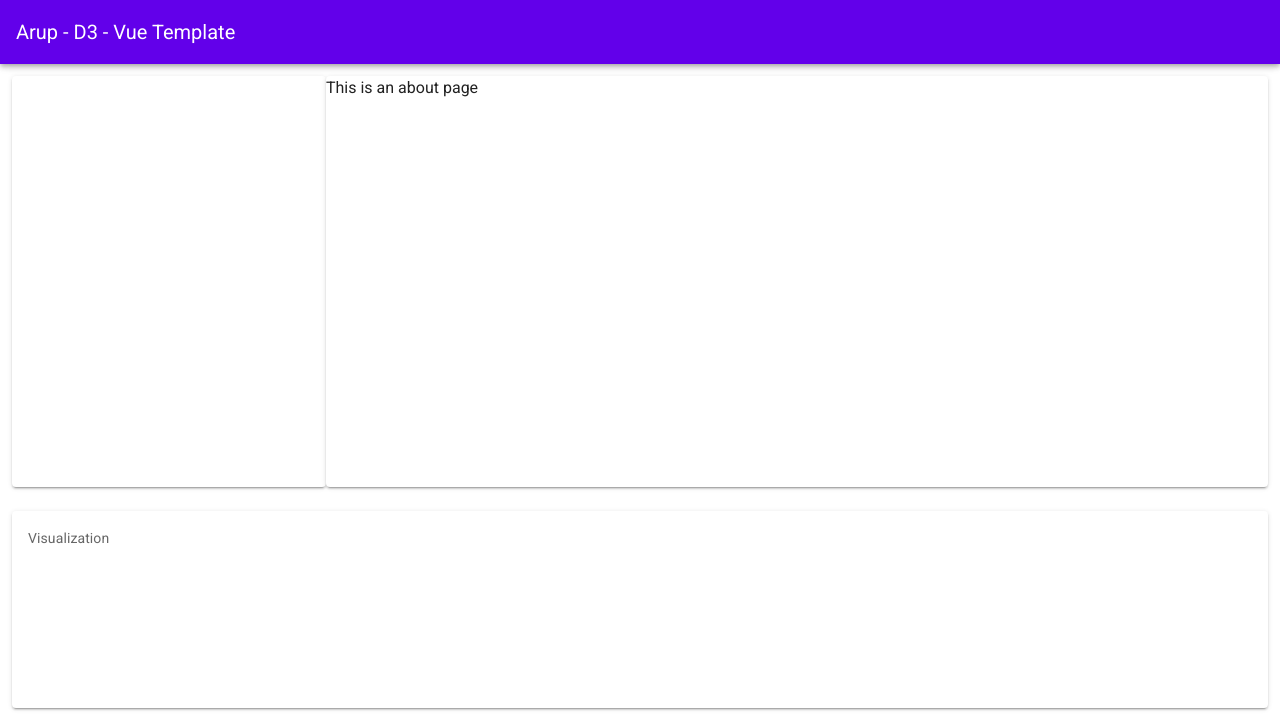
Repository: NathanielPerkins/Vue-d3-esri-template
Page: /about
These files come from the project's save history. The page is drawn as it stood at one moment and after the next save; the edit follows.
The browser window is 1280 px wide. The pictures show the whole page.
The project was rebuilt for these pictures with package versions that can differ from the ones it lists, and the page was loaded fresh each time. Also part of the build but not shown: vue.config.js, src/components/Webmap.vue.

Above is the page before, as saved 2020-04-17 15:11:07.

### src/App.vue
<template>
  <v-app>
    <div>
    <v-app-bar
      app
      color="deep-purple accent-4"
      dark
    >
    <v-toolbar-title>Arup - D3 - Vue Template</v-toolbar-title>
    </v-app-bar>
  </div>
    <v-content class='fill-height'>
      <v-container fluid class='fill-height ma-0'>
        <v-row dense no-gutters class='top-row'>
          <v-col cols='3'>
            <v-card class='fill-height'>
              <input />
              <!-- <v-card-text>
                <div>Inputs</div>
                <v-divider light />
              </v-card-text> -->
            </v-card>
          </v-col>
          <v-col cols='9'>
            <v-card class="fill-height">
              <router-view class='fill-height'></router-view>
            </v-card>
          </v-col>
        </v-row>
        <v-row class='bottom-row'>
          <v-col cols='12'>
            <v-card class="fill-height">
              <v-card-text>
                <div>Visualization</div>
              </v-card-text>
            </v-card>
            <!-- test -->
          </v-col>
        </v-row>
      </v-container>
      <!-- <router-view></router-view> -->
    </v-content>
  </v-app>
</template>

<script>
import Input from './components/Input.vue'

export default {
  name: 'App',

  components: {
    Input
  },

  data: () => ({
    //
  }),
};
</script>
<style>
html,body {
  margin: 0;
  padding: 0;
  height: 100%;
  width: 100%;
}
#app {
  display: flex;
  flex-direction: column;
  padding: 0;
  margin: 0;
  width: 100%;
  height: 100%;
}
.flexcard {
  display: flex;
  flex-direction: row;
  height: 100%;
}
.top-row {
  height: 65%
}
.bottom-row {
  height: 35%
}
.flexcard .v-toolbar {
  flex: 0;
}
</style>

### src/views/Home.vue
<template>
  <div id="app">
    <web-map />
  </div>
</template>

<script>
// @ is an alias to /src
import WebMap  from '@/components/Webmap.vue'

export default {
  name: 'Home',
  components: {
    WebMap
  }
}
</script>

<style>
html,body {
  margin: 0;
  padding: 0;
  height: 100%;
  width: 100%;
}
#app {
  display: flex;
  flex-direction: column;
  padding: 0;
  margin: 0;
  width: 100%;
  height: 100%;
}
</style>

### src/views/About.vue
<template>
  <div>
    This is an about page
  </div>
</template>

### src/components/Input.vue
<template>
  <div>
      <div>Input</div>
      <v-divider></v-divider>
  </div>
</template>

<script>

export default {

};

</script>

<style scoped>

</style>

Loaded but not shown: public/index.html (common file); src/main.js (common file); src/router/index.js (common file); src/store/index.js (common file); src/plugins/vuetify.js (common file)

After the next save:
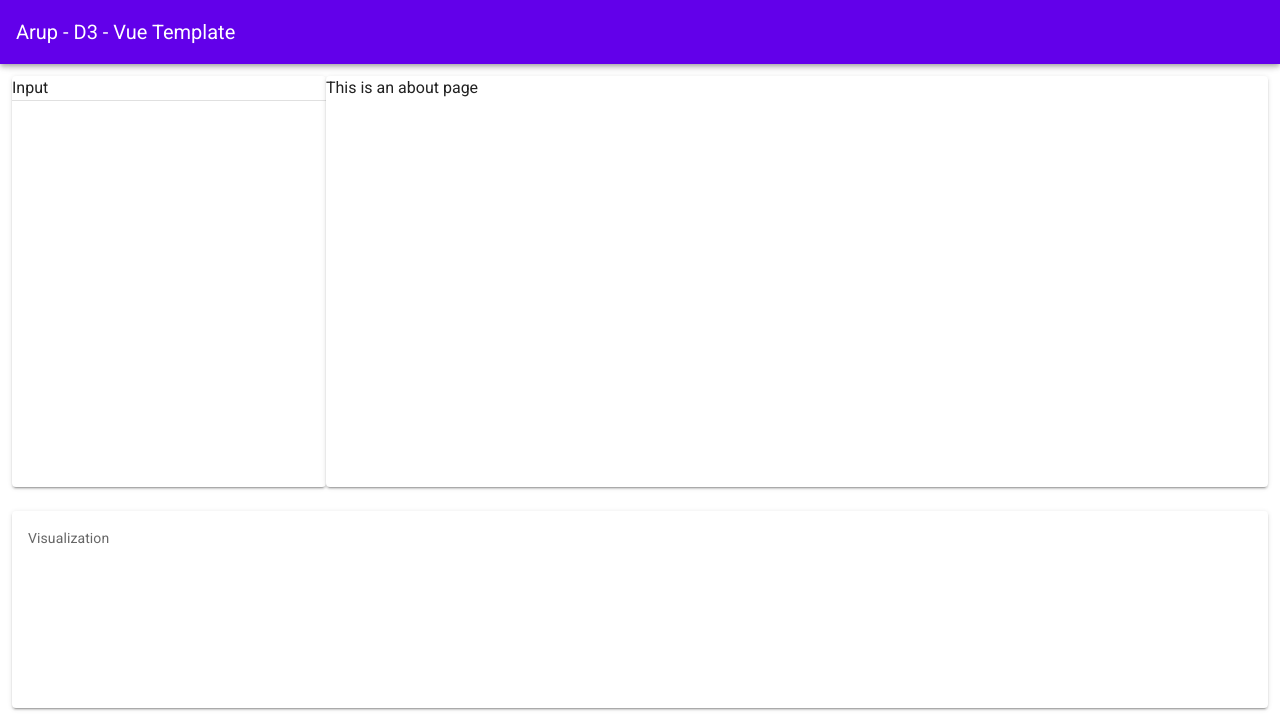
Saved 6 s later.
--- a/src/App.vue
+++ b/src/App.vue
@@ -14,7 +14,7 @@
         <v-row dense no-gutters class='top-row'>
           <v-col cols='3'>
             <v-card class='fill-height'>
-              <input />
+              <Input />
               <!-- <v-card-text>
                 <div>Inputs</div>
                 <v-divider light />
